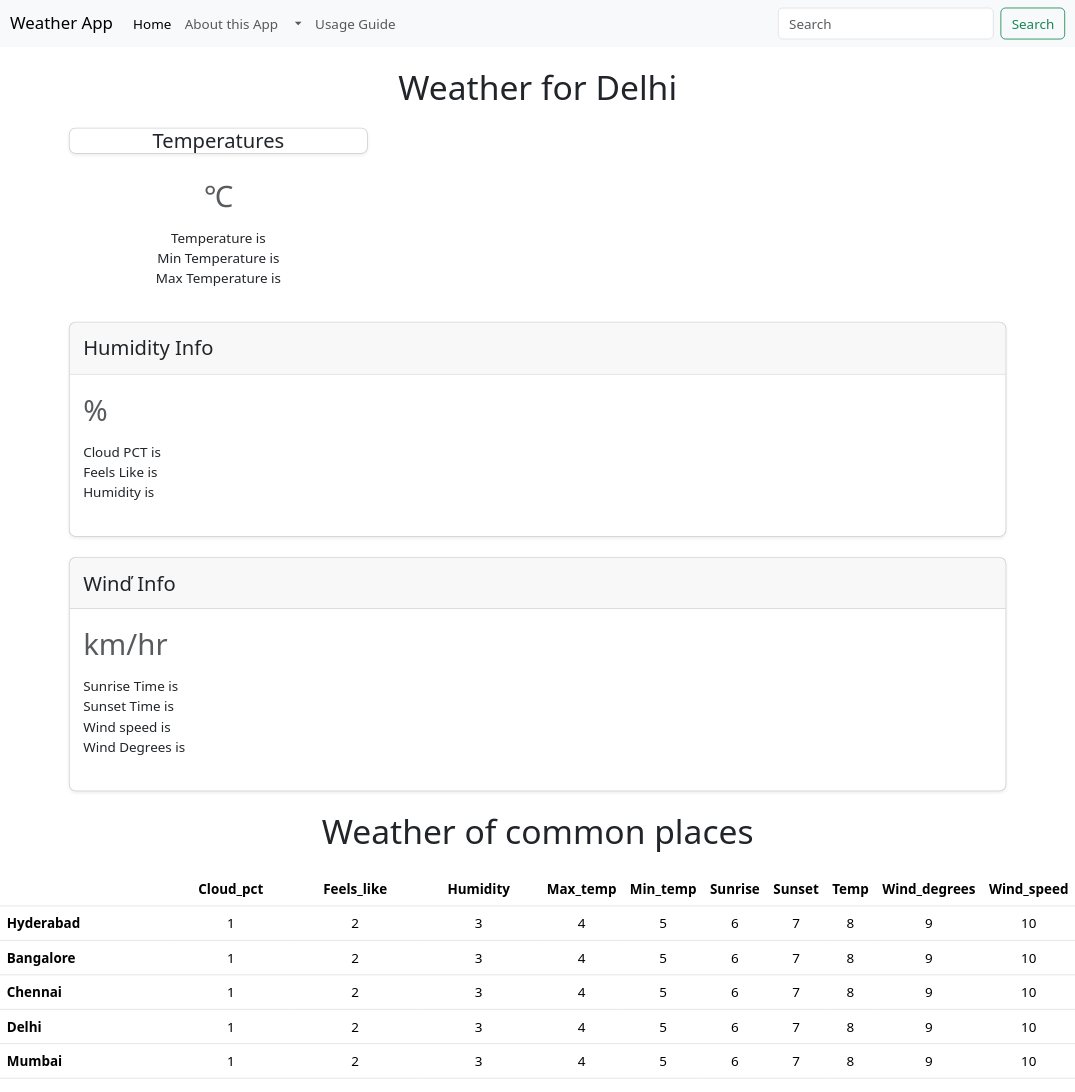
Repository: Abhilash2909/weather
Page: index.html
An editor plug-in stored every save of this project. The page is shown before and after the next save, followed by the edit.
The browser window is 1280 px wide. The pictures show the whole page, at 84% of full size.
The page's requests for data from a server got no answer.

Above is the page before, as saved 2024-02-11 16:53:19.

After the next save:
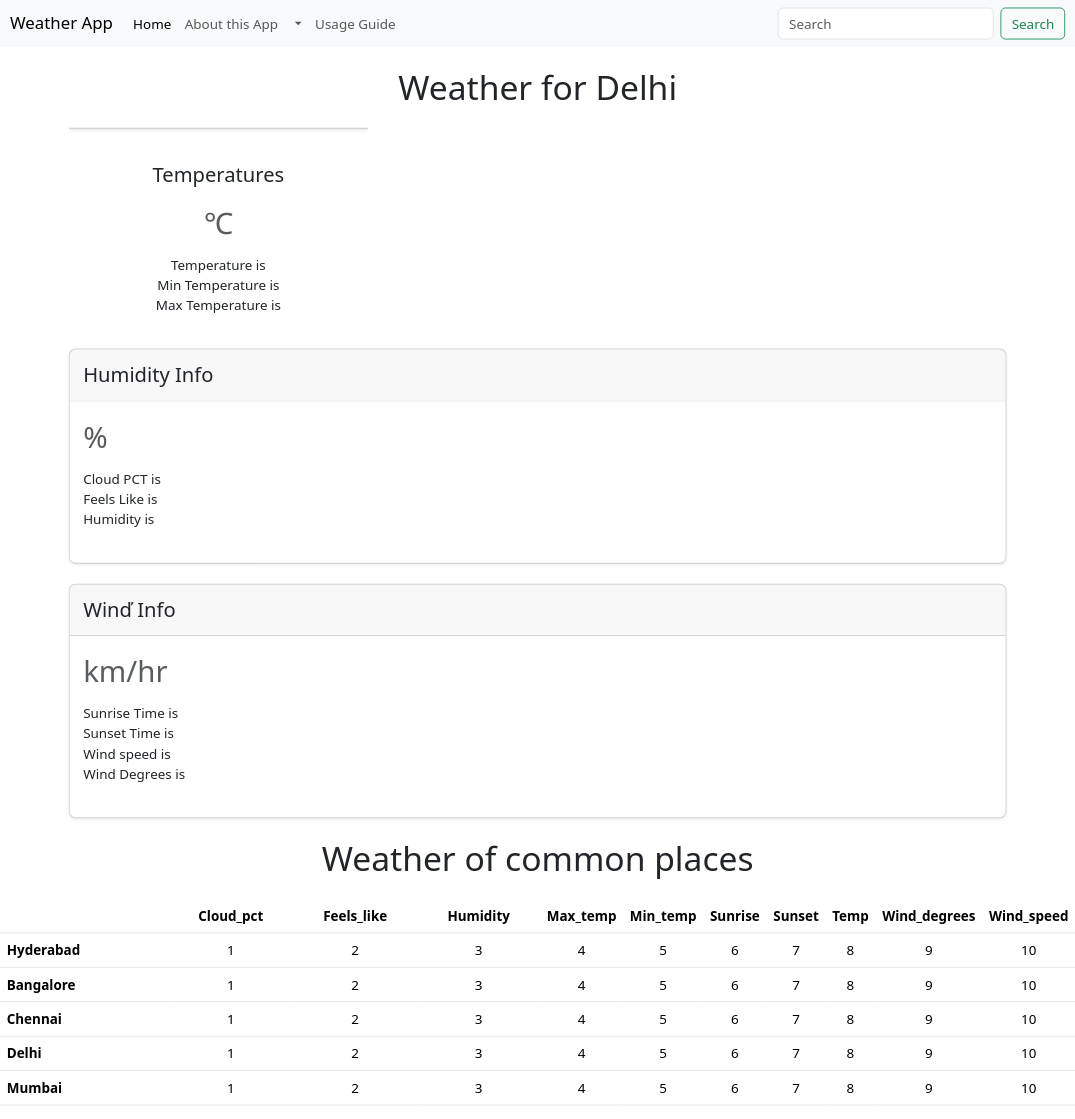
Saved 4 s later.
--- a/index.html
+++ b/index.html
@@ -47,7 +47,7 @@
           <h1 class= "my-4 text-center">Weather for <span id="cityName"></span></h1>
           <div class="row row-cols-1 row-cols-md-3 mb-3 text-center">
           <div class="col">
-            <div class="card mb-4 rounded-3 shadow-sm"
+            <div class="card mb-4 rounded-3 shadow-sm"></div>
               <div class="card-header py-3">
                 <h4 class="my-0 fw-normal">Temperatures</h4>
               </div>
